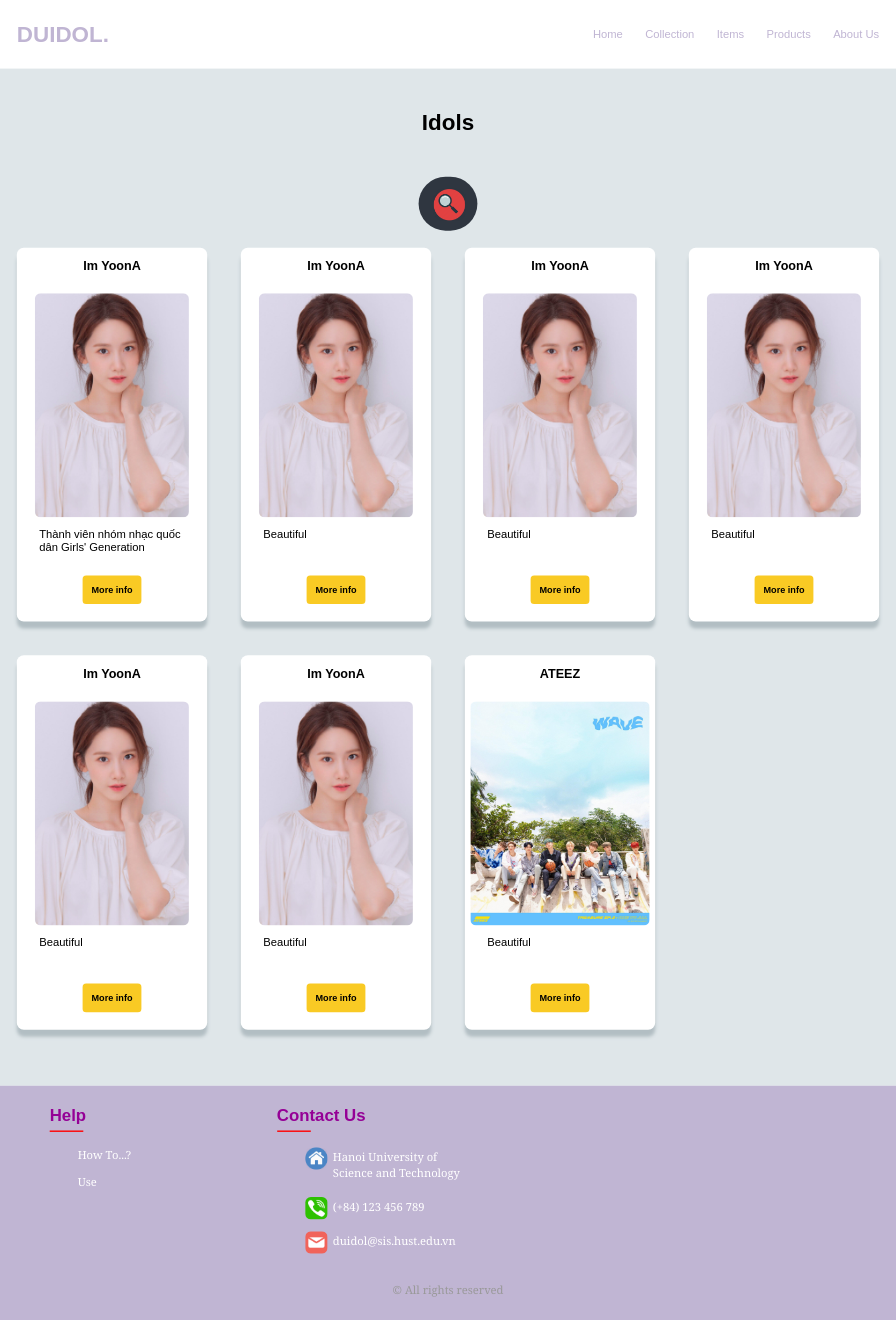
Repository: hangvtt183524/Cong_nghe_Web_va_dich_vu_truc_tuyen_20202
Page: ProjectWeb/src/View/html/idol_list.html
The author's editor kept a copy of each file at every save. The page is drawn from the files as they stood at one save, then again after the next save.
The browser window is 1280 px wide. The pictures show the whole page, at 70% of full size.

Above is the page before, as saved 2021-05-06 17:28:25.

### ProjectWeb/src/View/html/idol_list.html
<html>
	<head>
		<title>Idol List</title>
		<link rel="stylesheet" href="../css/idol_list.css">
		<link rel="stylesheet" href="../css/welcome_page.css">
	</head>
	<body>
		<header>
			<a href="" class="logo">DUIDOL.</a>
            <ul class="navigation">
                <li><a href="">Home</a></li>
                <li><a href="">Collection</a></li>
                <li><a href="">Items</a></li>
                <li><a href="">Products</a></li>
                <li><a href="">About Us</a></li>
            </ul>
		</header>
		<section class="idol-list">
			<div>
				<h1 class="align-center">Idols</h1>
			</div>
			<div class="container1">
				<div class="search-box">
				<input class="search-txt" type="text" name="" placeholder="Type to search">
				<img src="../image/search-icon.png">
				<a class="search-btn" href="#"></a>
			</div>
			</div>
			<div class="idol-container">
				<div class="card">
					<div class="name">Im YoonA</div>
					<div class="image">
						<img src="../image/yoona.jpg">
					</div>
					<div class="textblock">
					<div class="text">Thành viên nhóm nhạc quốc dân Girls' Generation</div>
					</div>
					<div>
						<div class="btnblock">
						<a href="../html/info.html" class="info-button">More info</a>
						</div>
					</div>
				</div>



				<div class="card">
					<div class="name">Im YoonA</div>
					<div class="image">
						<img src="../image/yoona.jpg">
					</div>
					<div class="textblock">
					<div class="text">Beautiful</div>
					</div>

					<div>
						<div class="btnblock">
						<a href="../html/info.html" class="info-button">More info</a>
						</div>
					</div>
				</div>



				<div class="card">
					<div class="name">Im YoonA</div>
					<div class="image">
						<img src="../image/yoona.jpg">
					</div>
					<div class="textblock">
					<div class="text">Beautiful</div>
					</div>
					<div>
						<div class="btnblock">
						<a href="../html/info.html" class="info-button">More info</a>
						</div>
					</div>
				</div>

				<div class="card">
					<div class="name">Im YoonA</div>
					<div class="image">
						<img src="../image/yoona.jpg">
					</div>
					<div class="textblock">
					<div class="text">Beautiful</div>
					</div>
					<div>
						<div class="btnblock">
						<a href="../html/info.html" class="info-button">More info</a>
						</div>
					</div>
				</div>

				<div class="card">
					<div class="name">Im YoonA</div>
					<div class="image">
						<img src="../image/yoona.jpg">
					</div>
					<div class="textblock">
					<div class="text">Beautiful</div>
					</div>
					<div>
						<div class="btnblock">
						<a href="../html/info.html" class="info-button">More info</a>
						</div>
					</div>
				</div>

				<div class="card">
					<div class="name">Im YoonA</div>
					<div class="image">
						<img src="../image/yoona.jpg">
					</div>
					<div class="textblock">
					<div class="text">Beautiful</div>
					</div>
					<div>
						<div class="btnblock">
						<a href="../html/info.html" class="info-button">More info</a>
						</div>
					</div>
				</div>

				<div class="card">
					<div class="name">ATEEZ</div>
					<div class="image">
						<img src="../image/ateez-list.jpg">
					</div>
					<div class="textblock">
					<div class="text">Beautiful</div>
					</div>
					<div>
						<div class="btnblock">
						<a href="../html/info.html" class="info-button">More info</a>
						</div>
					</div>
				</div>

			</div>
		</section>
		<footer>
			<div class="container">
				<div class="row">
					<div class="footer-col">
						<h4>Help</h4>
						<ul>
							<li><a href="">How to...?</a>
							<li><a href="">Use</a>
						</ul>
					</div>
					<div class="footer-col">
						<h4>Contact us</h4>
						<ul>
							<li><img src="../image/address_icon.jpg">
							<p>Hanoi University of <br>Science and Technology</p>
							<li><img src="../image/phone_icon.png">
							<p>(+84) 123 456 789</p>
							<li><img src="../image/mail_icon.png">
							<p>duidol@sis.hust.edu.vn</p>
						</ul>
					</div>
				</div>
				<div class="copyrightText"><p>© All rights reserved</p></div>
			</div>
		</footer>
	</body>
</html>

### ProjectWeb/src/View/css/idol_list.css
body {
    font-family: sans-serif;
    margin: 0;
}

.idol-list {
	background-color:#dfe6e9;
	padding-bottom: 5em;
    align-items: center;
    padding-top: 2em;
}

h1 {
	font-size: 2em;
	font-weight: bold;
}
.container1 {
	margin-top: 10em;
}
.container1 .search-box {
	position: absolute;
	top: 50%;
	left: 50%;
	transform: translate(-50%, -140%);
	background: #2f3640;
	height: 2.8em;
	border-radius: 3em;
	padding: 1em;
	margin-bottom: 6em;
}

.search-box:hover > .search-txt {
	width: 240px;
	padding: 0 6px;
}
.container1 .search-txt {
	border: none;
	background: none;
	outline: none;
	float: left;
	color: white;
	transition: 0.4s;
	line-height: 40px;
	font-size: 16px;
	width: 0;
}
.container1 img {
	width: 3em;
	border-radius: 1em;
}
.idol-list .card {
	background-color: white;
	width: 16em;

	margin: auto;
	border-radius: 10px;
	padding: 1em;
	box-shadow: 0px 10px 5px #b2bec3;
	text-align: center;
	font-family: sans-serif;
	max-width: 75%;
	padding-bottom: 30px;
}
.idol-list .card:hover {
	box-shadow: 15px 15px 15px #b2bec3;
	background: #FFEAFF;
}
.card .name {
	font-size: 18px;
	font-weight: bold;
	padding-bottom: 0.7em;
}

.card .image {
	margin-top: 1em;
	width: 100%;
    height: 20em;
    position: relative;
}
.card .image img {
	max-height: 100%;
	border-radius: 0.5em;
	object-fit: cover;
	position: absolute;
	top: 50%;
    transform: translate(-50%, -50%);
}

.card .textblock {
	height: 4em;
	margin-left: 1em;
	margin-right: 1em;
	margin-top: 1em;
	margin-bottom: 0.5em;
}

.card .textblock .text {
	text-align: left;
	font-size: 1rem;
}

.card .btnblock {
	margin-top: 1em;
	margin-bottom: 0.5em;
}

.info-button {
	background-color: #f9ca24;
	color: black;
	border: none;
	padding: 1em;
	border-radius: 5px;
	font-weight: bold;
	font-size: 13px;
	text-decoration: none;
}

.info-button:hover {
	box-shadow: 0px 5px 5px #b2bec3;
	color: #eb4db4;
}

.idol-container {
	display: grid;
	grid-template-columns: repeat(4, 1fr);
	grid-row-gap: 3em;
}

.align-center {
	text-align: center;
}

footer {
	background-color: #c0b5d3;
	padding: 1em 0;
}

footer .container {
	max-width: 1170px;
	margin: auto;
}

.footer-col {
	width: 25%;
	padding: 0 1em;
}
.footer-col h4 {
	font-size: 1.5em;
	color: #950096;
	text-transform: capitalize;
	position: relative;
	margin-top: 0.5em;
}

.footer-col h4::before {
	content: '';
	position: absolute;
	left: 0;
	bottom: -10px;
	height: 2px;
	background-color: red;
	box-sizing: border-box;
	width: 2em;
}

.footer-col li {
	display: flex;
	margin-bottom: 0.5em;
}
.footer-col ul li a {
	color: white;
	text-transform: capitalize;
	text-decoration: none;
	font-family: Cambria;
	font-size: 1em;
	margin-bottom: 0.5em;
	display: block;
}


.footer-col ul li a:hover {
	color: #700470;
	padding-left: 1em;

}

.footer-col p {
	margin-top: 0.2em;
	font-size: 1em;
	font-family: Cambria;
	color: white;
}
.footer-col img {
	border-radius: 0.5em;
	max-height: 2em;
	margin-right: 0.5em;
}

ul {
	list-style: none;
}

footer .container .h3 {
	color: white;
}

.container .row {
	display: flex;
	flex-wrap: wrap;
}

.copyrightText {
	width: 100%;
	color: #999;
	text-align: center;
	font-family: Cambria;
}

@media only screen and (max-width: 991px){
	.idol-container {
		grid-template-columns: 1fr;
	}
	.card {
        width: 25em;
    }
    .album .image {
        height: 25em;
    }
}

### ProjectWeb/src/View/css/welcome_page.css

body {
    margin: 0;
    font-family: sans-serif;
}
.bg {
    display: grid;
    grid-template-columns: 2fr 1fr;
    background-color: #c0b5d3;
}
.bg2 img {
    width: 100%;
}
.bg1 {
    display: flex;
    justify-content: center;
    align-items: center;
}
.bg1-1 h2 {
    font-size: 5rem;
    line-height: 0.1em;
    font-family: sans-serif;
    color: white;
    position: relative;
    z-index: 1;
}
.bg1-1 h2::before {
    content: ' ';
    position: absolute;
    width: 2.5em;
    height: 0.25em;
    background: #ab91d8;
    bottom: -35;
    z-index: -1;
    margin-left: -0.9em;
}
.bg1-1 p {
    font-size: 3rem;
    color: white;
    position: relative;
    z-index: 1;
}
.bg1-1 p::before {
    content: ' ';
    position: absolute;
    width: 2.5em;
    height: 0.3em;
    background: #ab91d8;
    bottom: 0;
    z-index: -1;
    margin-left: 10em;
}
.bg1-1 p span {
    font-size: 1.5rem;
    display: block;
    font-weight: 500;
}
header {
    background-color: white;
    padding: 1.5em;
    display: flex;
    justify-content: space-between;
    align-items: center;
}
.logo {
    font-weight: bold;
    text-decoration: none;
    font-size: 2em;
    color: #c0b5d3;
}
.navigation {
    display: flex;
    position: relative;
}
.navigation li {
    list-style: none;
    margin-left: 2em;
}
.navigation li a {
    text-decoration: none;
    font-size: 1em;
    color: #c0b5d3;
}

After the next save:
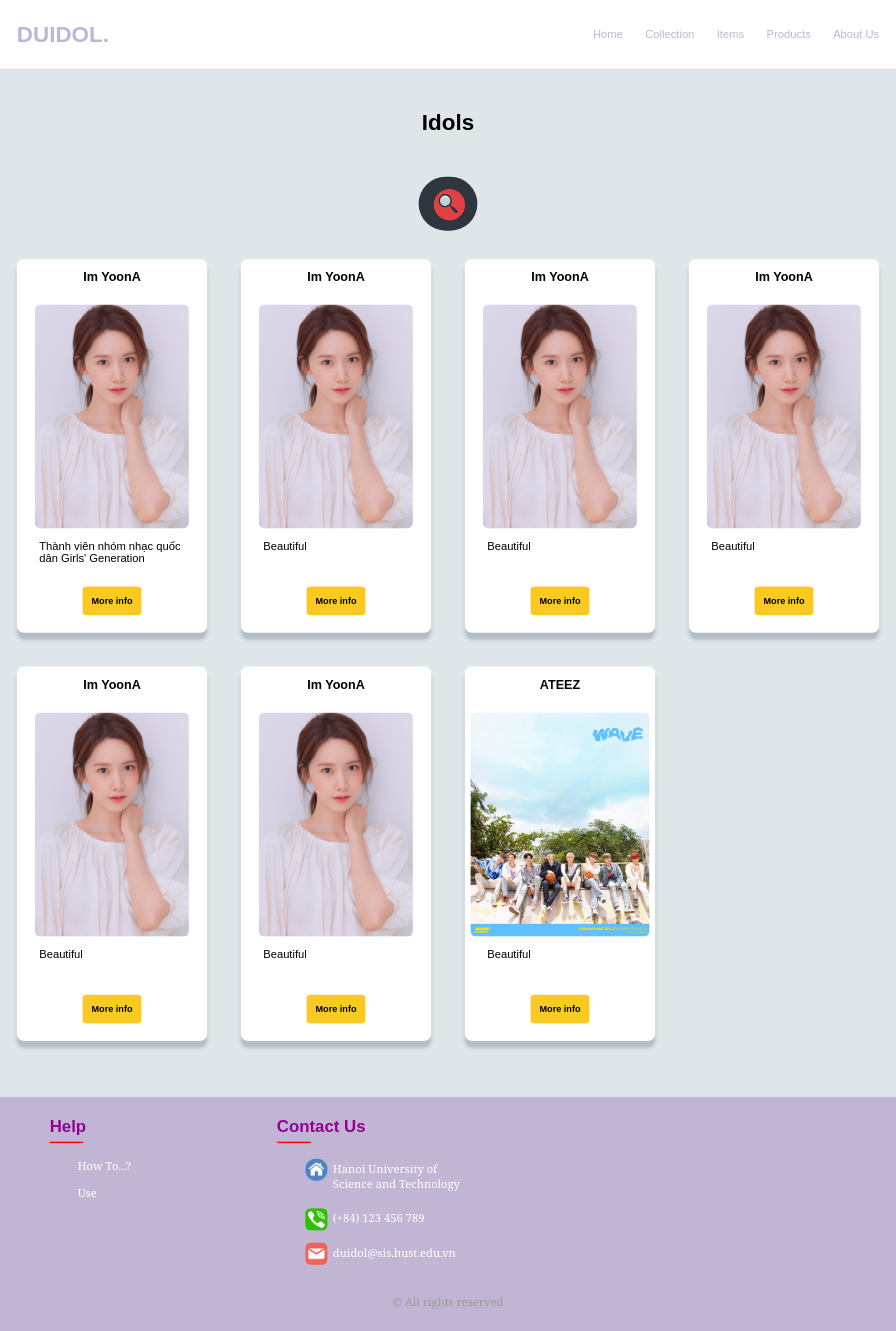
Saved 9 s later.
--- a/ProjectWeb/src/View/css/idol_list.css
+++ b/ProjectWeb/src/View/css/idol_list.css
@@ -15,7 +15,7 @@
 	font-weight: bold;
 }
 .container1 {
-	margin-top: 10em;
+	margin-top: 11em;
 }
 .container1 .search-box {
 	position: absolute;

After the save that followed:
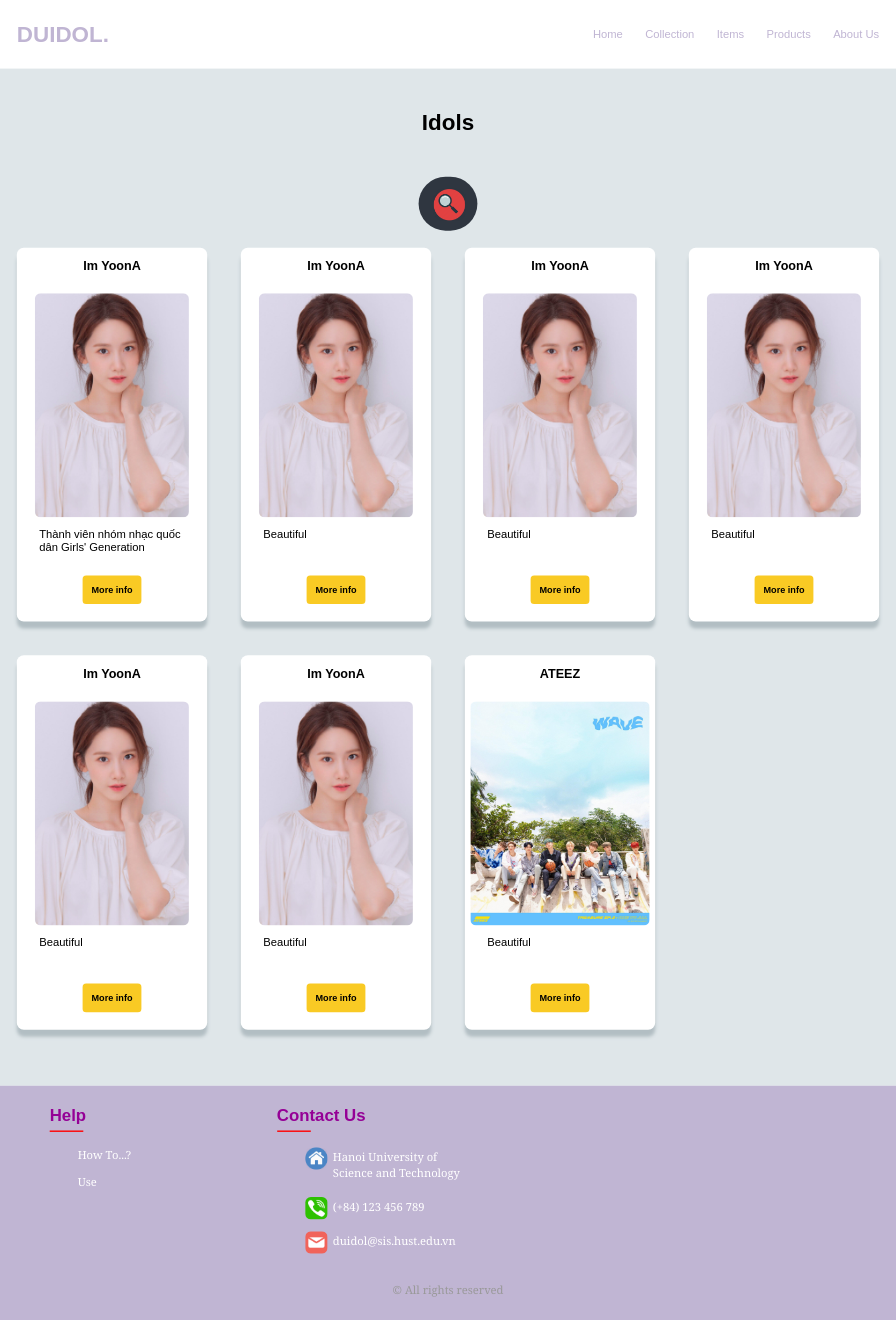
Saved 8 s later.
--- a/ProjectWeb/src/View/css/idol_list.css
+++ b/ProjectWeb/src/View/css/idol_list.css
@@ -15,7 +15,7 @@
 	font-weight: bold;
 }
 .container1 {
-	margin-top: 11em;
+	margin-top: 10em;
 }
 .container1 .search-box {
 	position: absolute;
